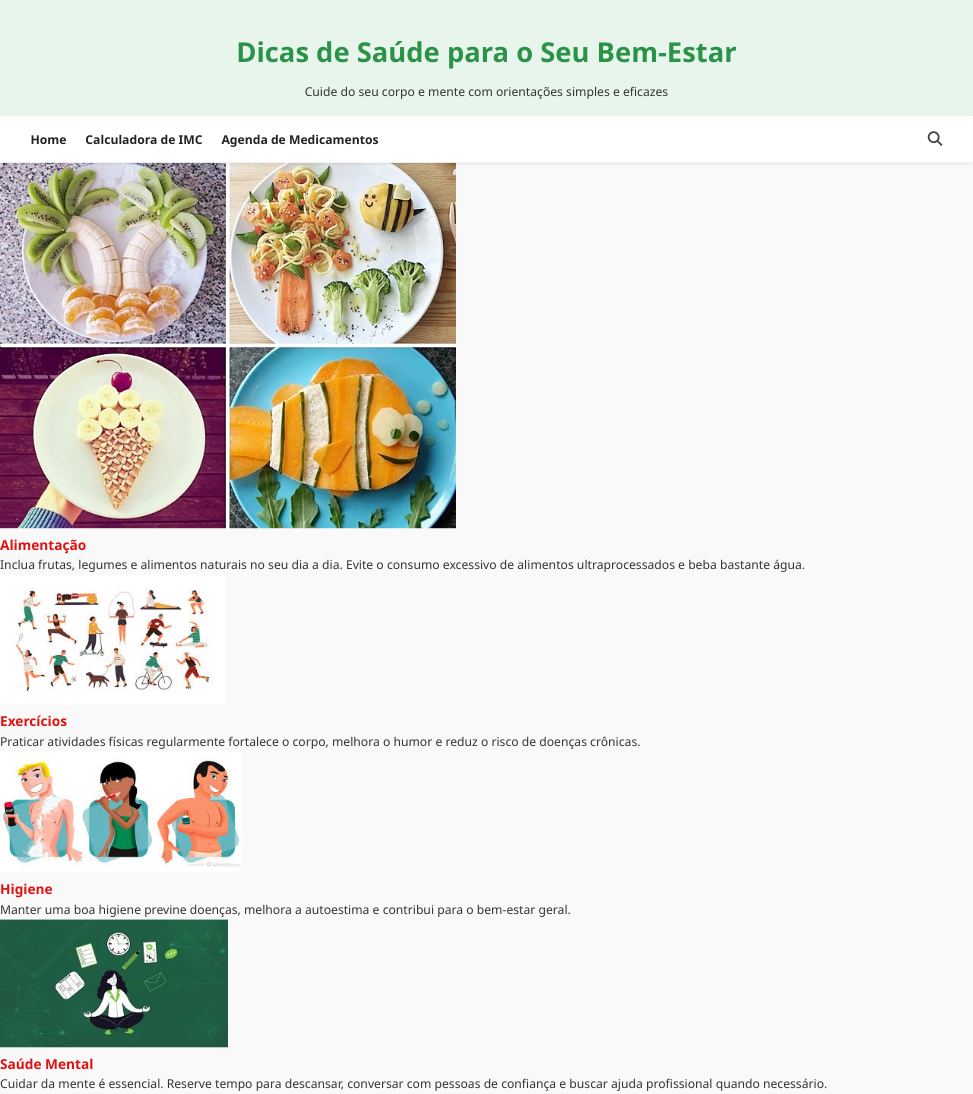
Repository: Cristiane-Sartori14/dicasSaude
Page: index.html
These files come from the project's save history. The page is drawn as it stood at one moment and after the next save; the edit follows.
The browser window is 1280 px wide. The pictures show the whole page, at 76% of full size.

Above is the page before, as saved 2025-05-18 22:41:00.

### index.html
<!DOCTYPE html>
<html lang="en">
  <head>
    <meta charset="UTF-8" />
    <meta name="viewport" content="width=device-width, initial-scale=1.0" />
    <title>Dicas de Saúde</title>
    <link rel="stylesheet" href="style.css" />

    <link
      rel="stylesheet"
      href="https://cdnjs.cloudflare.com/ajax/libs/font-awesome/6.5.0/css/all.min.css"
    />
  </head>
  <body>
    <!-- Título principal da página -->
    <section class="main-title">
      <h1>Dicas de Saúde para o Seu Bem-Estar</h1>
      <p>Cuide do seu corpo e mente com orientações simples e eficazes</p>
    </section>

    <!--Cabeçalho-->
    <header class="header">
      <div class="nav-container">
        <nav>
          <ul class="nav-links">
            <li><a href="#">Home</a></li>
            <li><a href="#">Calculadora de IMC</a></li>
            <li><a href="#">Agenda de Medicamentos</a></li>
          </ul>
        </nav>
        <div class="header-icons">
          <div class="icon search-icon">
            <i class="fa-solid fa-magnifying-glass"></i>
          </div>
        </div>
      </div>
    </header>

      <!-- Alimentação -->
      <section class="section-saude">
        <div class="imagem">
          <img src="img/alimento.jpg" alt="Alimentação Saudável" />
        </div>
        <div class="texto">
          <h2>Alimentação</h2>
          <p>
            Inclua frutas, legumes e alimentos naturais no seu dia a dia. Evite
            o consumo excessivo de alimentos ultraprocessados e beba bastante
            água.
          </p>
        </div>
      </section>

      <!-- Exercícios -->
      <section class="section-saude">
        <div class="imagem">
          <img src="img/exercicio.jpg" alt="Exercício Físico" />
        </div>
        <div class="texto">
          <h2>Exercícios</h2>
          <p>
            Praticar atividades físicas regularmente fortalece o corpo, melhora
            o humor e reduz o risco de doenças crônicas.
          </p>
        </div>
      </section>

      <!-- Higiene -->
      <section class="section-saude">
        <div class="imagem">
          <img src="img/higiene.jpg" alt="Higiene Pessoal" />
        </div>
        <div class="texto">
          <h2>Higiene</h2>
          <p>
            Manter uma boa higiene previne doenças, melhora a autoestima e
            contribui para o bem-estar geral.
          </p>
        </div>
      </section>

      <!-- Saúde Mental -->
      <section class="section-saude">
        <div class="imagem">
          <img src="img/saude-mental.jpg" alt="Saúde Mental" />
        </div>
        <div class="texto">
          <h2>Saúde Mental</h2>
          <p>
            Cuidar da mente é essencial. Reserve tempo para descansar, conversar
            com pessoas de confiança e buscar ajuda profissional quando
            necessário.
          </p>
        </div>
      </section>
    </main>
  </body>
</html>

### style.css
* {
  box-sizing: border-box;
  margin: 0;
  padding: 0;
}

body {
  font-family: "Segoe UI", Tahoma, Verdana, sans-serif;
  background-color: #f9f9f9;
  color: #333;
  line-height: 1.6;
}

/*Título*/
.main-title {
  text-align: center;
  padding: 40px 20px 20px;
  background-color: #e7f5ec;

}

.main-title h1 {
  font-size: 36px;
  color: #2b9348;
  margin-bottom: 10px;
}

.texto h2 {
  font-size: 18px;
  color: #e01111;
}

/* Cabeçalho */
.header {
  background-color: #ffffff;
  box-shadow: 0 2px 4px rgba(0, 0, 0, 0.1);
  padding: 15px 30px;
  position: sticky;
  top: 0;
  z-index: 10;
}

.nav-container {
  max-width: 1200px;
  margin: 0 auto;
  display: flex;
  justify-content: space-between;
  align-items: center;
}

.nav-links {
  list-style: none;
  display: flex;
  gap: 25px;
}

.nav-links a {
  text-decoration: none;
  color: #222;
  font-weight: 600;
  transition: color 0.3s ease;
}

.nav-links a:hover,
.header-icons i:hover {
  color: #2b9348;
}

.header-icons {
  display: flex;
  align-items: center;
  gap: 15px;
}

.icon {
  font-size: 1.2rem;
  background: none;
  border: none;
  cursor: pointer;
  color: #444;
}

/* Conteúdo principal */
.health-container {
    max-width: 1200px;
    margin: 0 auto;
    padding: 40px 20px;
}

.health-image {
    padding-right: 20px;
    flex: 2;
}

.health-image img {
  max-width: 100%;
  height: auto;
  display: block;
}

.health-details {
  flex: 2 1 500px;
}

.health-title {
  color: #2b9348;
  font-size: 32px;
  margin-bottom: 20px;
}

.tip {
  margin-bottom: 20px;
}

.tip h3 {
  font-size: 20px;
  color: #1a5d1a;
}

.tip p {
  margin-top: 5px;
}

/* Responsivo */
@media (max-width: 768px) {
  .health-container {
    flex-direction: column;
    align-items: center;
  }

  .nav-links {
    flex-direction: column;
    align-items: center;
    gap: 10px;
  }

  .nav-container {
    flex-direction: column;
    gap: 10px;
  }
}

After the next save:
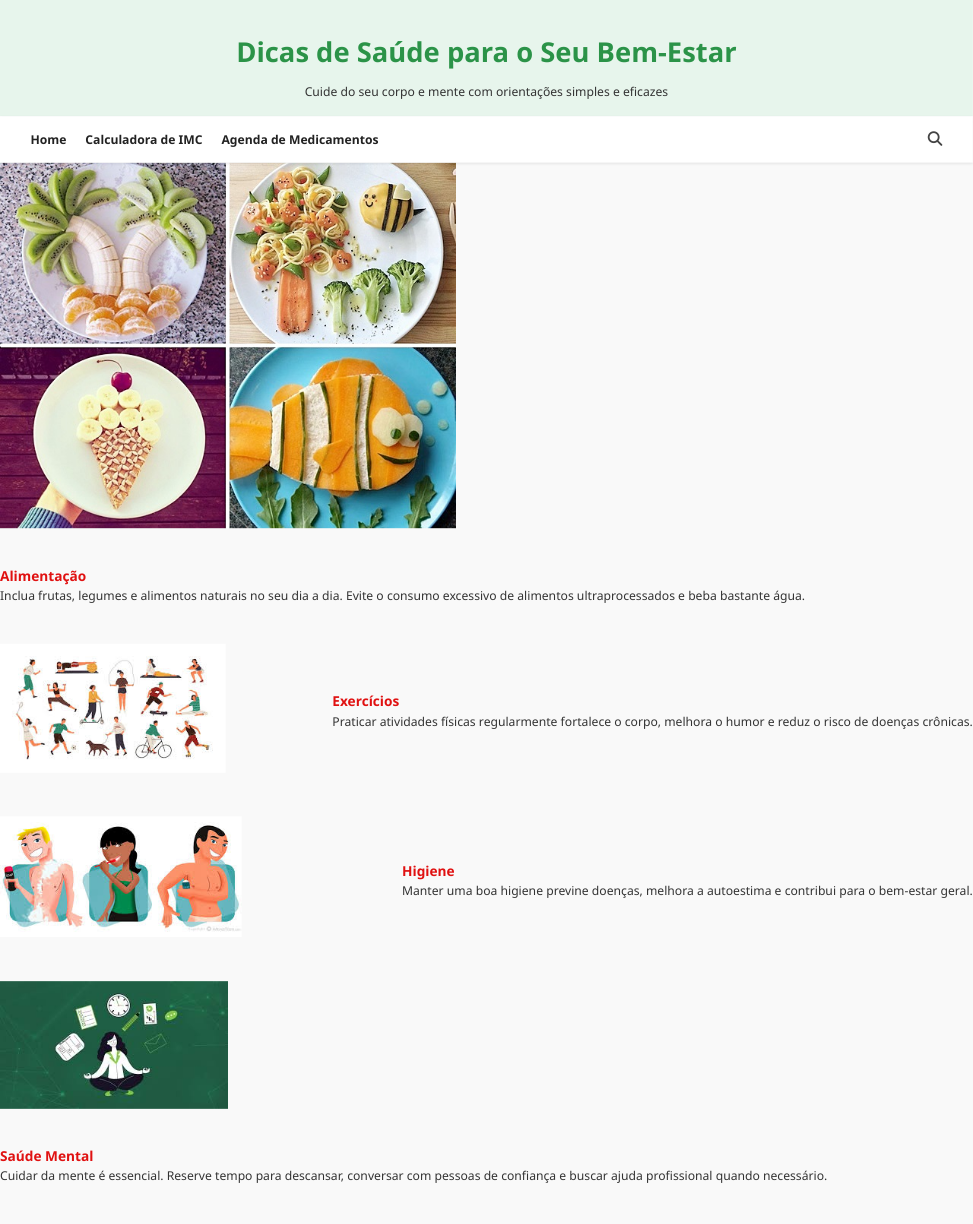
Saved 14 s later.
--- a/style.css
+++ b/style.css
@@ -87,6 +87,15 @@ body {
     padding: 40px 20px;
 }
 
+.section-saude {
+  display: flex;
+  align-items: center;
+  justify-content: space-between;
+  gap: 40px;
+  margin-bottom: 50px;
+  flex-wrap: wrap;
+}
+
 .health-image {
     padding-right: 20px;
     flex: 2;
